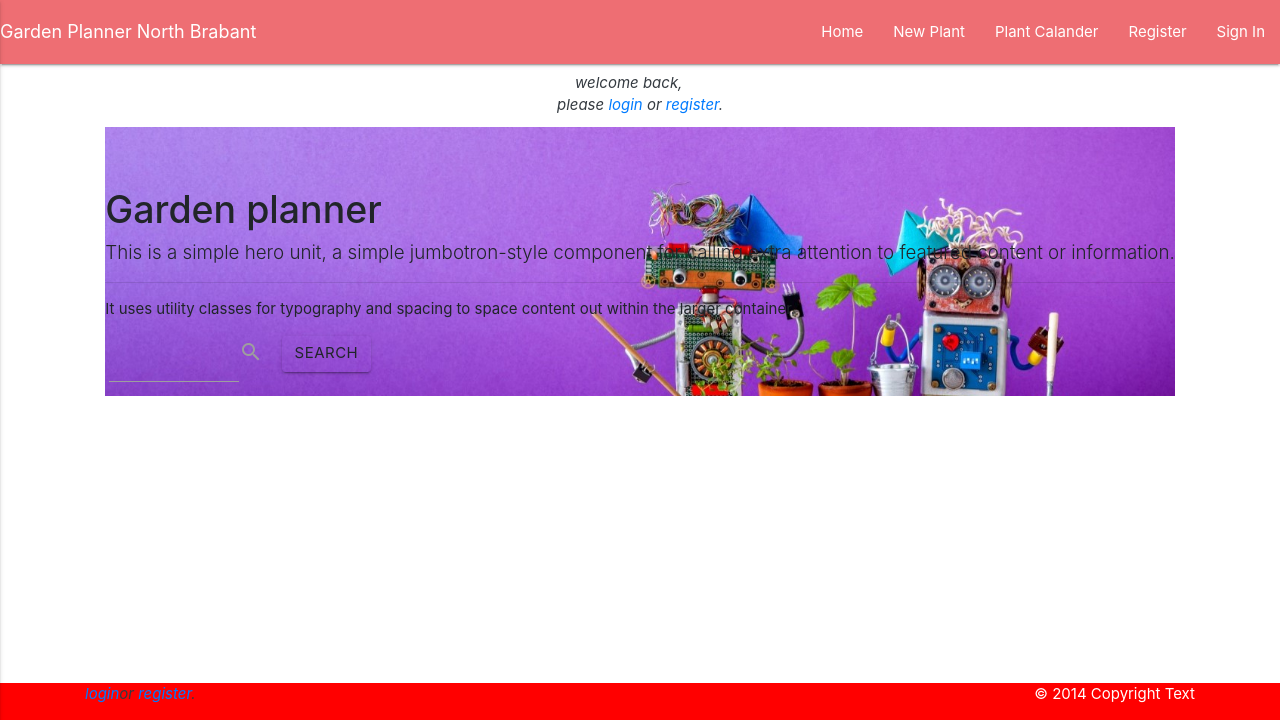
Repository: Lemoenskil/Milestone_project_3_Garden_planner
Page: http://localhost/
The author's editor kept a record of every edit. The page is drawn from the files as they stood at one moment, then again after the next edit.
The browser window is 1280 px wide. The pictures show the whole page.
Some web libraries are served in a nearby version. The page is served by the project's application, run on Flask 3 (app.py). Queries for data that is not in the repository find no rows.

Above is the page before.
Console error: TypeError: $(...).floatingActionButton is not a function

After the next edit:
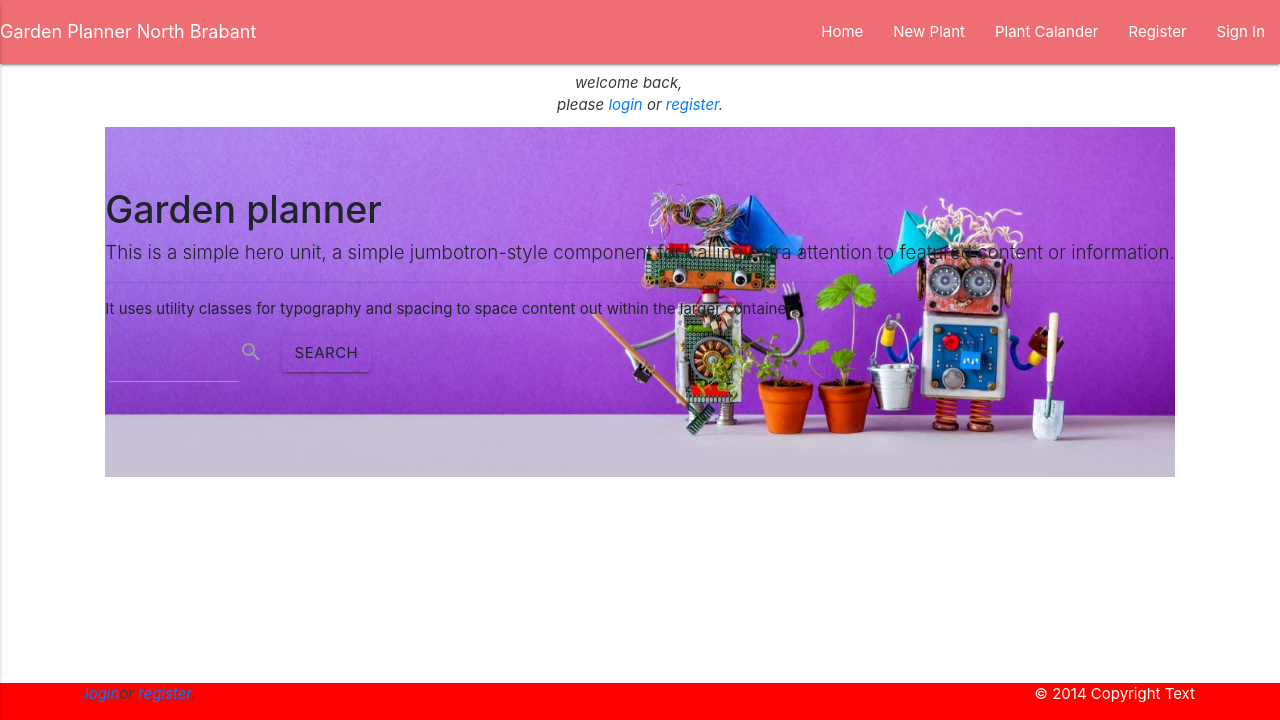
The edit:
--- a/static/css/style.css
+++ b/static/css/style.css
@@ -12,6 +12,7 @@
   background-size: 100%;
   margin-top: 10px;
   position:relative;
+      height: 350px;
 }
 
 
